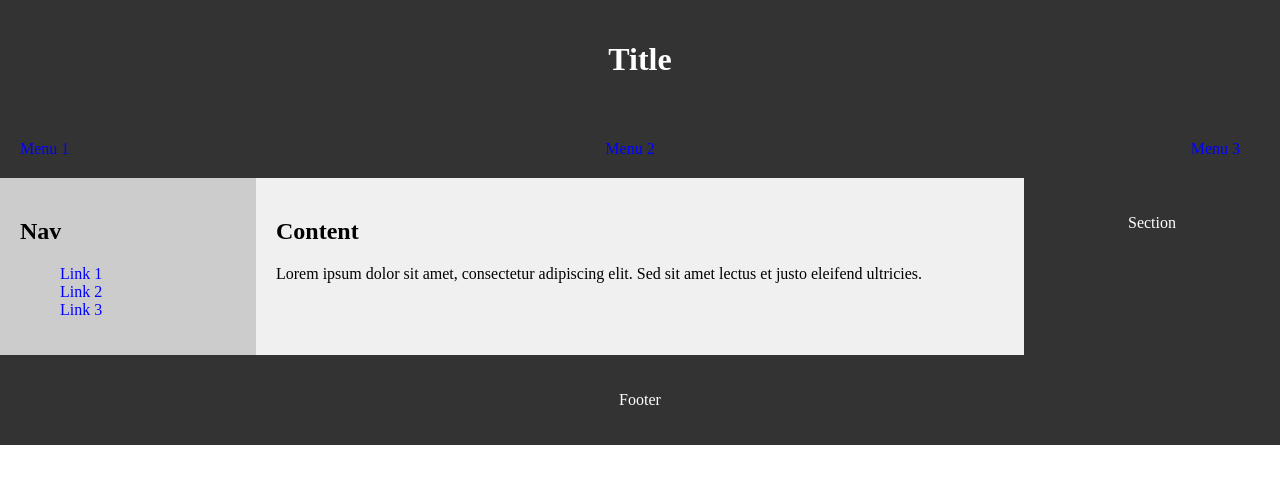
Repository: G1tHub-zer0/BTTH
Page: BTCSS/bai21.html
The author's editor kept a copy of each file at every save. The page is drawn from the files as they stood at one save, then again after a run of saves.
The browser window is 1280 px wide. The pictures show the whole page.

Above is the page before, as saved 2024-03-22 20:24:16.

### BTCSS/bai21.html
<!DOCTYPE html>
<html lang='en'>

<head>
    <meta charset='UTF-8'>
    <meta http-equiv='X-UA-Compatible' content='IE=edge'>
    <meta name='viewport' content='width=device-width, initial-scale=1.0'>
    <link rel='stylesheet' href='bai21.css'>
    <title></title>
</head>

<body>
    <header>
        <h1>Title</h1>
    </header>
    <nav>
        <a href="#">Menu 1</a>
        <a href="#">Menu 2</a>
        <a href="#">Menu 3</a>
    </nav>
    <div class="container">
        <div class="sidebar">
            <h2>Nav</h2>
            <ul>
                <li><a href="#">Link 1</a></li>
                <li><a href="#">Link 2</a></li>
                <li><a href="#">Link 3</a></li>
            </ul>
        </div>
        <div class="content">
            <h2>Content</h2>
            <p>Lorem ipsum dolor sit amet, consectetur adipiscing elit. Sed sit amet lectus et justo eleifend ultricies.
            </p>
        </div>
        <section>
            <p>Section</p>
        </section>
    </div>
    <footer>
        <p>Footer</p>
    </footer>

</body>

</html>

### BTCSS/bai21.css
body {
  margin: 0;
  padding: 0;
  box-sizing: border-box;
}
/* Layout 1, 2, 3 */
header,
nav,
section,
footer {
  padding: 20px;
  background-color: #333;
  color: #fff;
  text-align: center;
}

nav {
  display: flex;
  justify-content: space-between;
}
ul {
  list-style-type: none;
}

a {
  color: #fff;
  text-decoration: none;
  margin-right: 20px;
  color: blue;
}

nav a:hover {
  color: #ccc;
}

.container {
  display: grid;
  grid-template-columns: 1fr 3fr 1fr;
}

.content {
  flex: 2;
  background-color: #f0f0f0;
  padding: 20px;
}

.sidebar {
  flex: 1;
  background-color: #ccc;
  padding: 20px;
}

After the next 2 saves:
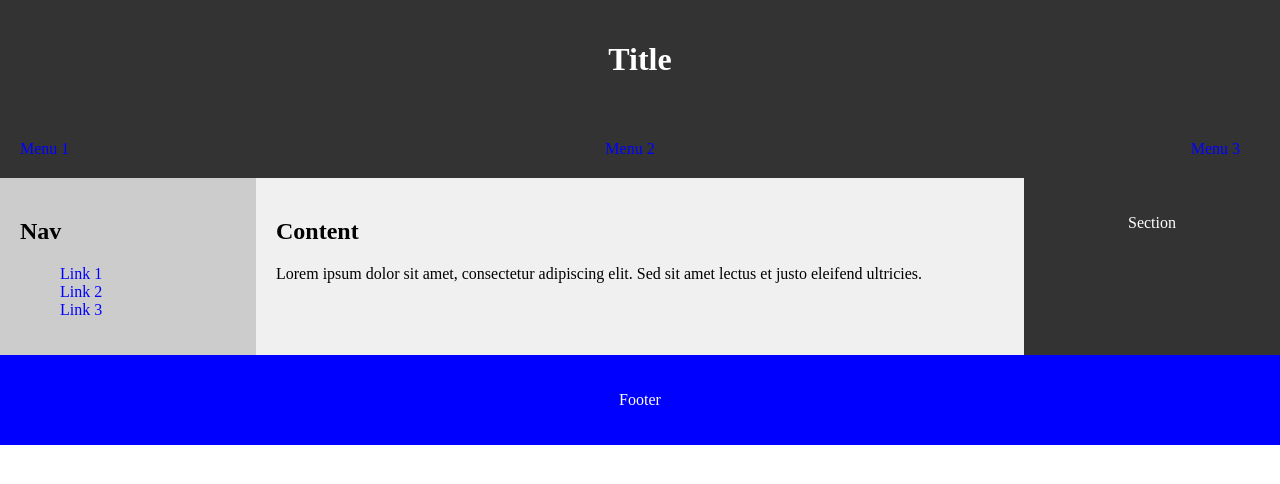
The 2 saves are shown as one change because they came seconds apart.
The last was saved 23 s later.
--- a/BTCSS/bai21.css
+++ b/BTCSS/bai21.css
@@ -32,6 +32,9 @@ a {
 nav a:hover {
   color: #ccc;
 }
+footer {
+  background-color: blue;
+}
 
 .container {
   display: grid;
